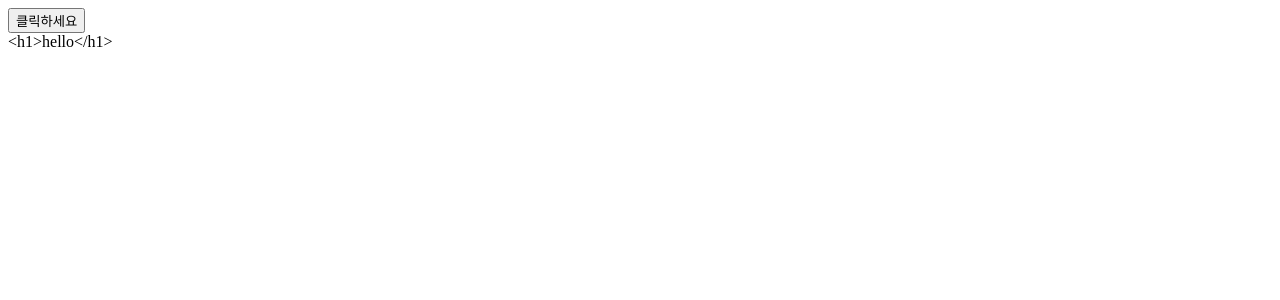
Repository: bk6717/jspwork
Page: http://localhost/blog/test/AjaxRequestTest.jsp
These files come from the project's save history. The page is drawn as it stood at one moment and after the next save; the edit follows.
The browser window is 1280 px wide. The pictures show the whole page.
After loading, the first visible `button` was clicked once.
The page is served by Tomcat 9. Other server files are loaded and not shown.

Above is the page before, as saved 2020-06-02 05:07:40.

### blog2/src/com/cos/blog/WebContent/test/AjaxRequestTest.jsp
<%@ page language="java" contentType="text/html; charset=UTF-8"
    pageEncoding="UTF-8"%>
<!DOCTYPE html>
<html>
<head>
<meta charset="UTF-8">
<title>Insert title here</title>
<script src="https://ajax.googleapis.com/ajax/libs/jquery/3.5.1/jquery.min.js"></script>

</head>
<body>
<button onclick = "start()">클릭하세요</button>
<div id = "demo">

</div>

<script>
function start(){
	$('#demo').text("<h1>hello</h1>");
}
</script>

</body>
</html>

After the next save:
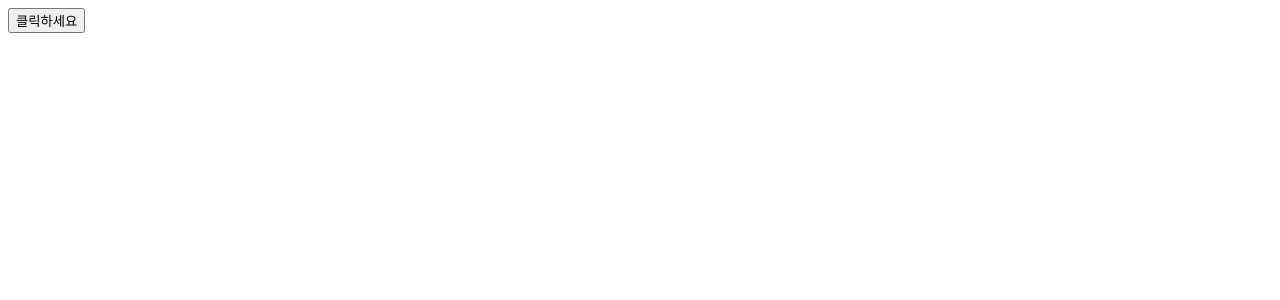
Saved 32 s later.
--- a/blog2/src/com/cos/blog/WebContent/test/AjaxRequestTest.jsp
+++ b/blog2/src/com/cos/blog/WebContent/test/AjaxRequestTest.jsp
@@ -16,7 +16,7 @@
 
 <script>
 function start(){
-	$('#demo').text("<h1>hello</h1>");
+	$('#demo').val("<h1>hello</h1>");
 }
 </script>
 
